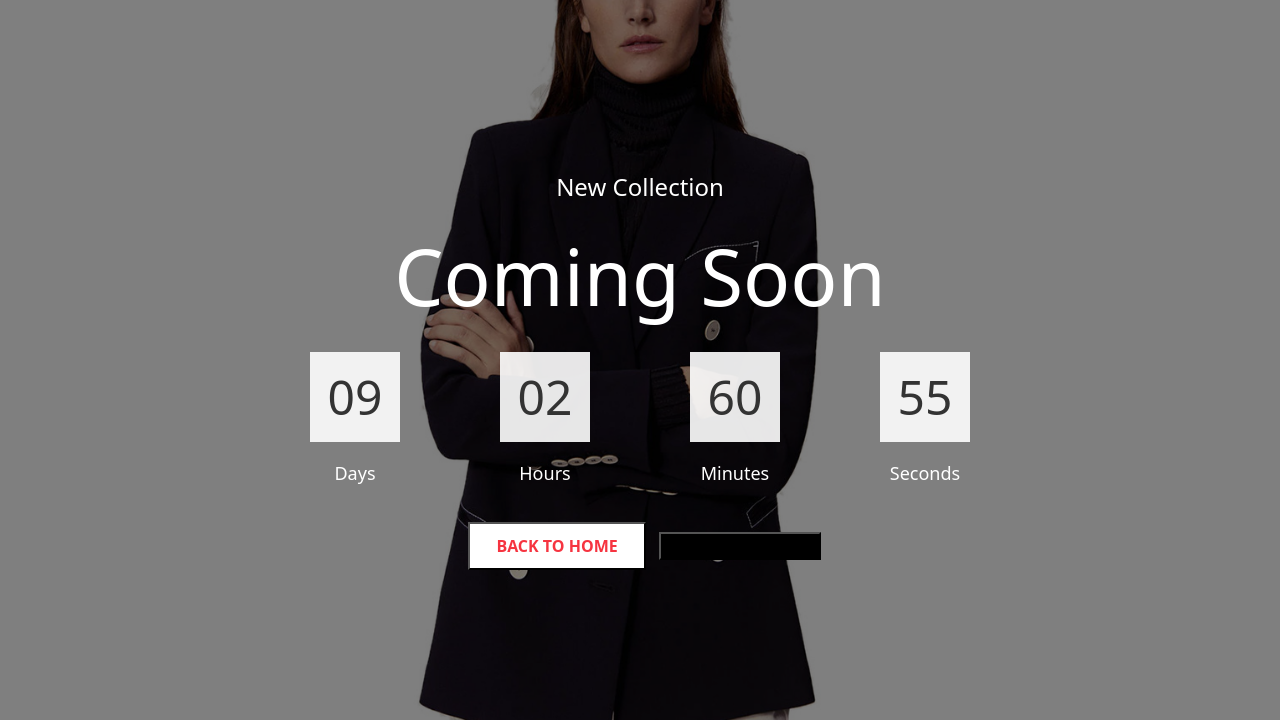
Repository: ST-United-Internship/Modaz-4life
Page: comingsoon&FAQ/coming-soon.html
The author's editor kept a copy of each file at every save. The page is drawn from the files as they stood at one save, then again after a run of saves.
The browser window is 1280 px wide. The pictures show the whole page.

Above is the page before, as saved 2023-03-22 10:11:17.

### comingsoon&FAQ/coming-soon.html


<!DOCTYPE html>
<html lang="en">
<head>
    <meta charset="UTF-8">
    <meta http-equiv="X-UA-Compatible" content="IE=edge">
    <meta name="viewport" content="width=device-width, initial-scale=1.0">
    <link rel="stylesheet" type="text/css" href="css/comming-soon.css">
    <link href="https://cdn.jsdelivr.net/npm/bootstrap@5.3.0-alpha1/dist/css/bootstrap.min.css" rel="stylesheet" integrity="sha384-GLhlTQ8iRABdZLl6O3oVMWSktQOp6b7In1Zl3/Jr59b6EGGoI1aFkw7cmDA6j6gD" crossorigin="anonymous">
    <title>Document</title>
</head>
<body>
    <section class="my-container">
        <img src="Assets/Images/bg-parallax2.jpg" alt="">
        <header>New Collection</header>
        <p>Coming Soon</p>
        <div class="time-titles">
            <div class="time days">
                <span class="number"></span>
                <span class="title-text">Days</span>
            </div>
            <div class="time hours">
                <span class="number"></span>
                <span class="title-text">Hours</span>
            </div>
            <div class="time minutes">
                <span class="number">09</span>
                <span class="title-text">Minutes</span>
            </div>
            <div class="time seconds">
                <span class="number">09</span>
                <span class="title-text">Seconds</span>
            </div>
        </div>
        <div class="flat-button">
            <button type="button" class="bg-white">BACK TO HOME</button>
            <button type="button" class="bg-black">CONTINUE SHOPING</button>
            </div>
       </section>
    </section>

    <script src="./javaScript/ScriptTime.js"></script>
    <script src="https://cdn.jsdelivr.net/npm/@popperjs/core@2.11.6/dist/umd/popper.min.js" integrity="sha384-oBqDVmMz9ATKxIep9tiCxS/Z9fNfEXiDAYTujMAeBAsjFuCZSmKbSSUnQlmh/jp3" crossorigin="anonymous"></script>
    <script src="https://cdn.jsdelivr.net/npm/bootstrap@5.3.0-alpha1/dist/js/bootstrap.min.js" integrity="sha384-mQ93GR66B00ZXjt0YO5KlohRA5SY2XofN4zfuZxLkoj1gXtW8ANNCe9d5Y3eG5eD" crossorigin="anonymous"></script>
</body>
</html>

### comingsoon&FAQ/css/comming-soon.css
*{
    margin: 0;
    padding: 0;
    box-sizing: border-box;

}
.my-container{
    height: 100vh;
    row-gap: 15px;
    width: 100%;
    display: flex;
    justify-content: center;
    flex-direction: column;
    overflow: hidden;
    align-items: center;
    background-color: rgb(0, 0, 0,.5);
}

.my-container img{
    position: absolute;
    height: 100%;
    width: 100%;
    object-fit: cover;
    z-index: -1;
}

.my-container header{
    line-height: 58px;
    color: #fff;
    font-size: 24px;
}

.my-container p{
    color: #fff;
    font-size: 78px;
    line-height: 90px;
    font-weight: 500;
}

.my-container .time-titles{
    display: flex;
    column-gap: 30px;
}

.time-titles .time{
    display: flex;
    align-items: center;
    flex-direction: column;
}

.time .number{
    font-size: 48px;
    font-weight: 500;
    line-height: 90px;
    color: #333;
    width: 90px;
    height: 90px;
    background: rgba(255,255,255,.9);
    text-align: center;
    margin: 0 35px 18px;
    text-transform: capitalize;
}

.time .title-text{
    color: #fff;
}

.time .title-text{
    font-size: 18px;
    text-transform: capitalize;
}

.flat-button{
    /* position: relative;
    max-width: 360px;
    width: 100%; */
    height: 40px;
    margin-top: 20px;

}

.flat-button .bg-white{
    padding: 7px 26px;
    font-weight: 700;
    line-height: 30px;
    text-transform: uppercase;
    margin: 0 9px;
    color: #f63440;
}



@media only screen and (max-width: 300px){
     .my-container header{
        font-size: 30px;
    }

}

@media only screen and (max-width: 500px) {
    .my-container p{
        font-size: 40px;
    }
}

@media only screen and (max-width: 665px) {
    .my-container .time-titles{
        display: inline-block;
    }
}

### comingsoon&FAQ/javaScript/ScriptTime.js
const seconds = document.querySelector(".seconds .number");
const minutes = document.querySelector(".minutes .number");
const hours = document.querySelector(".hours .number");
const days = document.querySelector(".days .number");


let secvalues = 60,
    minvalues = 60,
    houvalues = 2,
    dayvalues = 9;

const timeFunc = setInterval(()=>{
    secvalues--;
    if (secvalues === 0) {
        minvalues--
        secvalues = 60;
    }
    if (minvalues === 0) {
        houvalues--
        minvalues = 60;
    }
    if (houvalues === 0) {
        dayvalues--
        houvalues = 60;
    }
    if (dayvalues === 0) {
        clearInterval(timeFunc)
    }
    seconds.textContent = secvalues < 10 ? `0${secvalues}` : secvalues;
    minutes.textContent = minvalues < 10 ? `0${minvalues}` : minvalues;
    hours.textContent = houvalues < 10 ? `0${houvalues}` : houvalues;
    days.textContent = dayvalues < 10 ? `0${dayvalues}` : dayvalues;
    minvalues.textContent = minvalues;
},1000)

After the next 2 saves:
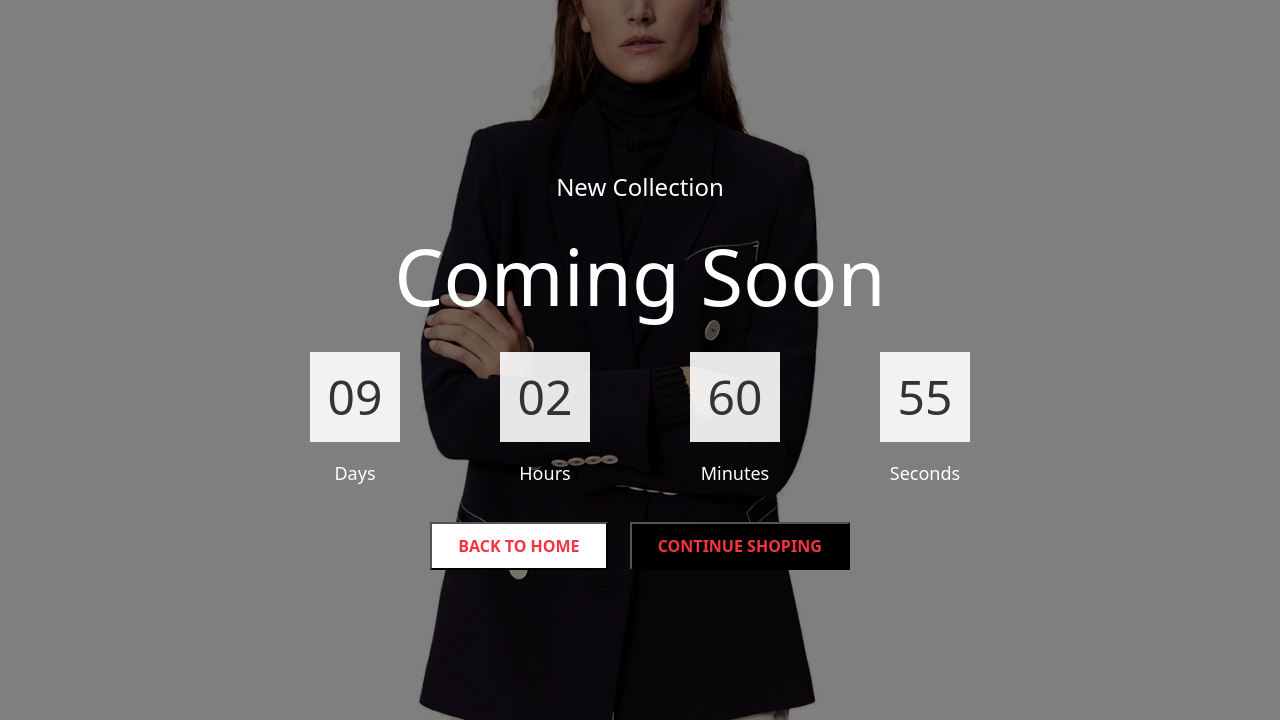
The 2 saves are shown as one change because they came seconds apart.
The last was saved 9 s later.
--- a/comingsoon&FAQ/css/comming-soon.css
+++ b/comingsoon&FAQ/css/comming-soon.css
@@ -87,7 +87,14 @@
     margin: 0 9px;
     color: #f63440;
 }
-
+.flat-button .bg-black{
+    padding: 7px 26px;
+    font-weight: 700;
+    line-height: 30px;
+    text-transform: uppercase;
+    margin: 0 9px;
+    color: #f63440;
+}
 
 
 @media only screen and (max-width: 300px){

After the save that followed:
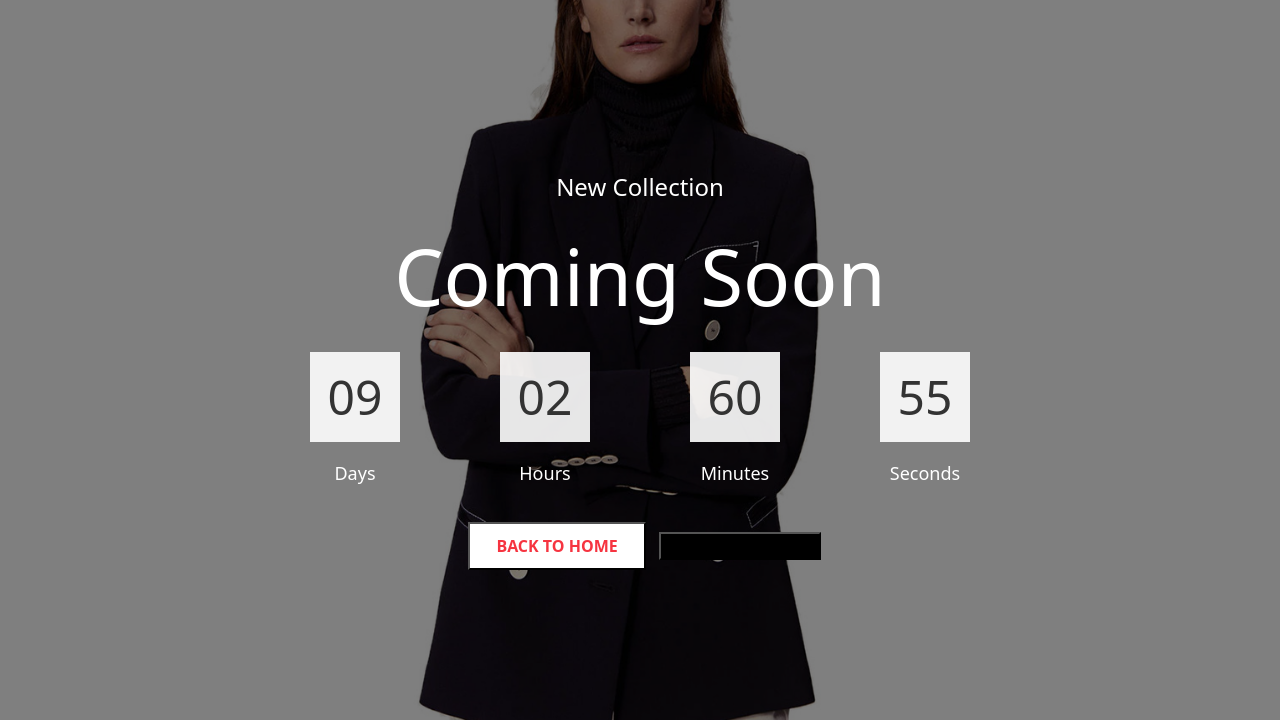
Saved 43 s later.
--- a/comingsoon&FAQ/css/comming-soon.css
+++ b/comingsoon&FAQ/css/comming-soon.css
@@ -87,14 +87,14 @@
     margin: 0 9px;
     color: #f63440;
 }
-.flat-button .bg-black{
+/* .flat-button .bg-black{
     padding: 7px 26px;
     font-weight: 700;
     line-height: 30px;
     text-transform: uppercase;
     margin: 0 9px;
     color: #f63440;
-}
+} */
 
 
 @media only screen and (max-width: 300px){
